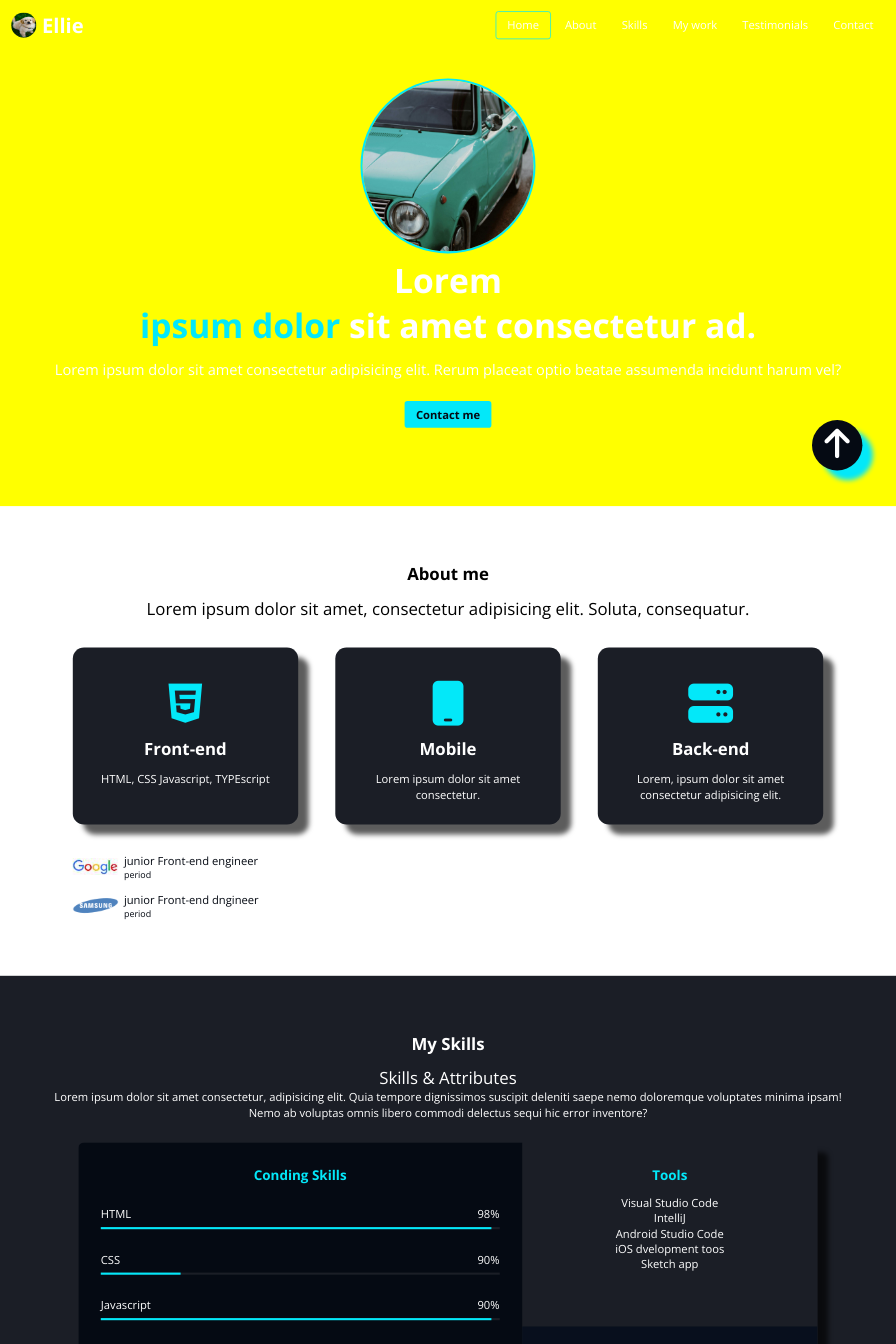
Repository: Arden-Sol/portfolio-website-clone-coding
Page: index.html
The author's editor kept a copy of each file at every save. The page is drawn from the files as they stood at one save, then again after the next save.
The browser window is 1280 px wide. The pictures show the part of the page from y = 0 to 1920 px (the page is 4153 px tall), at 70% of full size.
Some web libraries are served in a nearby version.

Above is the page before, as saved 2024-04-04 23:04:00.

### index.html
<!DOCTYPE html>
<html lang="en">

<head>
  <meta charset="UTF-8">
  <meta name="viewport" content="width=device-width, initial-scale=1.0">
  <!-- SEO -->
  <title>Arden&#39;s portfolio</title>
  <meta name="description" content="포트폴리오 연습장" />
  <meta name="author" content="arden">
  <link rel="shortcut icon" href="image/favicon.jpg" type="image/x-icon">
  <!-- OG (Open Graph Data) -->
  <meta property="og:title" content="포트폴리오">
  <meta property="og:type" content="website">
  <meta property="og:url" content="배포후 생성된 URL">
  <meta property="og:image" content="배포후 생성된 이미지 URL">
  <!-- Goole Font -->
  <link rel="preconnect" href="https://fonts.googleapis.com">
  <link rel="preconnect" href="https://fonts.gstatic.com" crossorigin>
  <link href="https://fonts.googleapis.com/css2?family=Open+Sans:ital,wght@0,300..800;1,300..800&display=swap"
    rel="stylesheet">
  <!-- Font Awesome -->
  <script src="https://kit.fontawesome.com/4dc9c1b526.js" crossorigin="anonymous"></script>
  <!-- CSS -->
  <link rel="stylesheet" href="css/style.css">
  <!-- Javascript -->
  <script src="src/main.js" defer></script>
</head>

<body>
  <!-- Header -->
  <header class="header">
    <div class="header__logo">
      <img class="header__logo__img" src="image/favicon.jpg" alt="">
      <h1 class="header__logo__title"><a href="#">Ellie</a></h1>
    </div>
    <nav class="header__nav">
      <ul class="header__menu">
        <li><a class="header__menu__item active" href="#home">Home</a></li>
        <li><a class="header__menu__item" href="#about">About</a></li>
        <li><a class="header__menu__item" href="#skills">Skills</a></li>
        <li><a class="header__menu__item" href="#work">My work</a></li>
        <li><a class="header__menu__item" href="#testimonial">Testimonials</a></li>
        <li><a class="header__menu__item" href="#contact">Contact</a></li>
      </ul>
    </nav>
  </header>
  <!-- Main -->
  <main>
    <!-- Home -->
    <section id="home" class="section">
      <img class="home__avatar" src="image/picture.jpg" alt="picture">
      <h2 class="home__title">Lorem <br> <strong class="home__title--strong">ipsum dolor</strong> sit amet consectetur
        ad.</h2>
      <p class="home__description">Lorem ipsum dolor sit amet consectetur adipisicing elit. Rerum placeat optio beatae
        assumenda incidunt harum
        vel?</p>
      <a class="home__contact" href="#contact">Contact me</a>
    </section>
    <!-- About -->
    <section id="about" class="section max-container">
      <h2 class="title">About me</h2>
      <p class="description">Lorem ipsum dolor sit amet, consectetur adipisicing elit. Soluta, consequatur.</p>
      <ul class="majors">
        <li class="major">
          <i class="fa-brands fa-html5 major__icon"></i>
          <p class="major__title">Front-end</p>
          <p>HTML, CSS Javascript, TYPEscript</p>
        </li>
        <li class="major">
          <i class="fa-solid fa-mobile major__icon"></i>
          <p class="major__title">Mobile</p>
          <p>Lorem ipsum dolor sit amet consectetur.</p>
        </li>
        <li class="major">
          <i class="fa-solid fa-server major__icon"></i>
          <p class="major__title">Back-end</p>
          <p>Lorem, ipsum dolor sit amet consectetur adipisicing elit.</p>
        </li>
      </ul>
      <ul class="jobs">
        <li class="job"><img src="image/jobs/google.png" alt="google">
          <div>
            <p class="job__name">junior Front-end engineer</p>
            <p class="job__period">period</p>
          </div>
        </li>
        <li class="job"><img src="image/jobs/samsung.png" alt="samsung">
          <div>
            <p class="job__name">
              junior Front-end dngineer
            </p>
            <p class="job__period">period</p>
          </div>
        </li>
      </ul>
    </section>
    <!-- Skills -->
    <section id="skills" class="section">
      <div class="max-container">
        <h2 class="title">My Skills</h2>
        <p class="description">Skills & Attributes</p>
        <p>Lorem ipsum dolor sit amet consectetur, adipisicing elit. Quia tempore dignissimos suscipit deleniti saepe
          nemo
          doloremque voluptates minima ipsam! Nemo ab voluptas omnis libero commodi delectus sequi hic error inventore?
        </p>
        <div class="skills">
          <section class="skills__coding">
            <h3 class="skills__title">Conding Skills</h3>
            <ul>
              <li class="bar">
                <div class="bar__metadata"><span>HTML</span><span>98%</span></div>
                <div class="bar__bg">
                  <div class="bar__value" style="width: 98%"></div>
                </div>
              </li>
              <li class="bar">
                <div class="bar__metadata"><span>CSS</span><span>90%</span></div>
                <div class="bar__bg">
                  <div class="bar__value" style="width: 20%"></div>
                </div>
              </li>
              <li class="bar">
                <div class="bar__metadata"><span>Javascript</span><span>90%</span></div>
                <div class="bar__bg">
                  <div class="bar__value" style="width: 98%"></div>
                </div>
              </li>
              <li class="bar">
                <div class="bar__metadata"><span>TYPEscript</span><span>80%</span></div>
                <div class="bar__bg">
                  <div class="bar__value" style="width: 98%"></div>
                </div>
              </li>
              <li class="bar">
                <div class="bar__metadata"><span>NodeJs</span><span>78%</span></div>
                <div class="bar__bg">
                  <div class="bar__value" style="width: 98%"></div>
                </div>
              </li>
              <li class="bar">
                <div class="bar__metadata"><span>React</span><span>68%</span></div>
                <div class="bar__bg">
                  <div class="bar__value" style="width: 98%"></div>
                </div>
              </li>
            </ul>
          </section>
          <section class="skills__tools">
            <h3 class="skills__title">Tools</h3>
            <ul>
              <li>Visual Studio Code</li>
              <li>IntelliJ</li>
              <li>Android Studio Code</li>
              <li>iOS dvelopment toos</li>
              <li>Sketch app</li>
            </ul>
          </section>
          <section class="skills__etc">
            <h3 class="skills__title">Etc</h3>
            <ul>
              <li>Git</li>
              <li>Scurm Master</li>
              <li>Math</li>
            </ul>
          </section>
        </div>
      </div>
    </section>
    <!-- Work -->
    <section id="work" class="section">
      <div class="max-container">
        <h2 class="title">My work</h2>
        <p class="description">Projects</p>
        <ul class="categories">
          <li><button class="category category--selected">All <span class="category__count">8</span></button></li>
          <li><button class="category">Front-end <span class="category__count">3</span></button></li>
          <li><button class="category">Back-end <span class="category__count">3</span></button></li>
          <li><button class="category">Mobile <span class="category__count">2</span></button></li>
        </ul>
        <ul class="projects">
          <li class="project">
            <a href="#" target="_blank">
              <img src="image/projects/project1.webp" alt="project8" class="project__img">
              <div class="project__metadata">
                <h3 class="project__title">Project #1</h3>
                <p>Clone Coding with HTML, CSS</p>
              </div>
            </a>
          </li>
          <li class="project"><a href="#" target="_blank"><img src="image/projects/project1.webp" alt="project1"
                class="project__img">
              <div class="project__metadata">
                <h3 class="project__title">Project #1</h3>
                <p>Clone Coding with HTML, CSS</p>
              </div>
            </a></li>
          <li class="project"><a href="#" target="_blank"><img src="image/projects/project2.webp" alt="project2"
                class="project__img">
              <div class="project__metadata">
                <h3 class="project__title">Project #2</h3>
                <p>Clone Coding with HTML, CSS</p>
              </div>
            </a></li>
          <li class="project"><a href="#" target="_blank"><img src="image/projects/project3.webp" alt="project3"
                class="project__img">
              <div class="project__metadata">
                <h3 class="project__title">Project #3</h3>
                <p>Clone Coding with HTML, CSS</p>
              </div>
            </a></li>
          <li class="project"><a href="#" target="_blank"><img src="image/projects/project4.webp" alt="project4"
                class="project__img">
              <div class="project__metadata">
                <h3 class="project__title">Project #4</h3>
                <p>Clone Coding with HTML, CSS</p>
              </div>
            </a></li>
          <li class="project"><a href="#" target="_blank"><img src="image/projects/project5.webp" alt="project5"
                class="project__img">
              <div class="project__metadata">
                <h3 class="project__title">Project #5</h3>
                <p>Clone Coding with HTML, CSS</p>
              </div>
            </a></li>
          <li class="project"><a href="#" target="_blank"><img src="image/projects/project6.webp" alt="project6"
                class="project__img">
              <div class="project__metadata">
                <h3 class="project__title">Project #6</h3>
                <p>Clone Coding with HTML, CSS</p>
              </div>
            </a></li>
          <li class="project"><a href="#" target="_blank"><img src="image/projects/project7.webp" alt="project7"
                class="project__img">
              <div class="project__metadata">
                <h3 class="project__title">Project #7</h3>
                <p>Clone Coding with HTML, CSS</p>
              </div>
            </a></li>
        </ul>
      </div>
    </section>
    <!-- Testimonials -->
    <section id="testimonial" class="section max-container">
      <h2 class="title">Testimonial</h2>
      <p class="description">See what they say about me</p>
      <ul class="testimonials">
        <li class="testimonial"><img class="testimonial__img" src="image/testimonials/people1.webp" alt="people1">
          <div class="testimonial__bubble">
            <p>Lorem ipsum dolor sit amet consectetur adipisicing elit. Veniam ab quasi totam excepturi iure enim iusto
              facilis ut odio facere quaerat, sapiente nesciunt eveniet magnam porro, officiis molestiae, et nobis!</p>
            <p><a class="testimonial__bubble__name" href="#">James Kim</a> /Google</p>
          </div>
        </li>
        <li class="testimonial"><img class="testimonial__img" src="image/testimonials/people2.webp" alt="people2">
          <div class="testimonial__bubble">
            <p>Lorem ipsum dolor sit amet consectetur, adipisicing elit. Deleniti est neque ipsum distinctio accusamus
              expedita molestiae mollitia animi odio quam minus a atque exercitationem quidem nisi, dolores vel quisquam
              ipsa.</p>
            <p><a class="testimonial__bubble__name" href="#">Anna Jin </a>/Samsung</p>
          </div>
        </li>
        <li class="testimonial">
          <img class="testimonial__img" src="image/testimonials/people3.webp" alt="people3">
          <div class="testimonial__bubble">
            <p>Lorem ipsum dolor sit amet consectetur adipisicing elit. Aut rerum quam quae impedit esse atque laborum
              accusantium maxime repudiandae assumenda, perferendis beatae repellat at? Nam, soluta assumenda. Veniam,
              odit possimus?</p>
            <p><a class="testimonial__bubble__name" href="#">Anna Jin </a>/Samsung</p>
          </div>
        </li>
      </ul>
    </section>
    <!-- Arrow up -->
    <aside>
      <a class="arrow-up" href="#home" title="back to top">
        <i class="fa-solid fa-arrow-up"></i></a>
    </aside>
  </main>
  <!-- Footer -->
  <footer id="contact" class="section">
    <div class="max-container">
      <h2 class="title">Let&#39;s talk</h2>
      <p class="description">highhigh222@naver.com</p>
      <ul class="contact__links">
        <li>
          <a class="contact__link" href="#" title="arden github link" target="_blank">
            <i class="fa-brands fa-github"></i>
          </a>
        </li>
        <li>
          <a class="contact__link" href="#" title="arden linkedin link" target="_blank">
            <i class="fa-brands fa-linkedin"></i>
          </a>
        </li>
      </ul>
      <p>Dream Coding ellie - All right reserved</p>
    </div>
  </footer>


</body>

</html>

### css/style.css
/* Global */
:root {
/* App Colors */
--color-primary: var(--color-black);
--color-primary-variant: var(--color-gray);
--color-accent: var(--color-blue);
--color-accent-variant: var(--color-orange);
--color-text: var(--color-white);

  /* Colors */
--color-white: #ffffff;
--color-black: #050a13;
--color-blue: #03e8f9;
--color-orange: #fd6413;
--color-gray: #1b1e26;

/* Size */
--size-max-width: 1200px;
}

*{
  box-sizing: border-box;
}

body {
  margin : 0;
  font-family: 'Open Sans', sans-serif;
}

h1, h2, h3,p,ul {
  margin : 0;

}

ul{
  list-style: none;
  padding: 0;
}
a {
  text-decoration: none;
  color : var(--color-text);
}

button {
  background-color: transparent;
  outline: 0;
  border : 0;
}

button:hover {
  outline: 1px solid var(--color-accent);
}

/* Common */
.section {
  padding: 4rem;
  text-align: center;
}
.title {
  font-size: 2.5;
  margin: 1rem 0;
}
.description {
  font-size: 1.5rem;
}
.max-container {
  max-width: var(--size-max-width);
  margin: auto;
}

/* Header */
.header{
  position:fixed;
  top:0;
  width: 100%;
  display: flex;
  justify-content: space-between;
  align-items: center;
  padding: 1rem;
  background-color: transparent;
  transition: all 300ms ease;
  z-index: 1;
  /* 새롭게 배운 것 */
}
.header--dark{
  background-color: var(--color-primary);
  box-shadow: 15px 14px 8px 0px rgba(0,0,0,0.64);
}
.header__logo {
  display: flex;
  align-items: center;
  gap:8px;
}
.header__logo__img {
  width: 36px;
  height: 36px;
  border-radius: 100%;
}
.header__logo__title {
  font-size: 1.8rem;
}
.header__menu {
  display: flex;
  gap:4px
}
.header__menu__item {
  padding: 8px 16px;
}
.header__menu__item:hover {
  border-bottom:1px solid var(--color-accent)
}
.header__menu__item.active {
  border:1px solid var(--color-accent);
  border-radius: 4px;
}
/* Home */
#home{
  background-color: var(--color-primary);
  color: var(--color-text);
  padding : 5rem 1rem;
  padding-top: 7rem;
  text-align: center;
}
.home__avatar{
  width: 250px;
  height: 250px;
  object-fit:cover;
  border-radius: 100%;
  border:3px solid var(--color-accent);
}
.home__title {
  font-size: 3rem;
  margin-bottom: 1rem;
}
.home__title--strong{
  color: var(--color-accent);
}
.home__description {
  font-size: 1.3rem;
}
.home__contact{
  display: inline-block;
  background-color: var(--color-accent);
  color:var(--color-black);
  padding : 0.5rem 1rem;
  margin: 2rem;
  font-weight: bold;
  border-radius: 4px;
}
.home__contact:hover{
  background-color: transparent;
  color: var(--color-text);
  outline: 2px solid var(--color-accent);
}
/* About me */
.majors{
  display: flex;
  justify-content: space-between;
  gap:1rem;
  margin: 2.5rem 0;
}
.major {
  background-color: var(--color-primary-variant);
  padding: 2rem 1rem;
  width: 30%;
  color: var(--color-text);
  border-radius: 1rem;
  cursor: default;
  box-shadow: 15px 14px 8px 0px rgba(0,0,0,0.64);
}
.major__icon{
  font-size: 4rem;
  margin: 1rem 0;
  color: var(--color-accent);
  transition: all 300ms ease;
}
.major__title{
  font-size: 1.5rem;
  font-weight: bold;
  margin-bottom:1rem;
}
.major:hover .major__icon{
  transform: rotate(-15deg) scale(1.2);
}
.jobs{
  text-align: start;
}
.job {
  display: flex;
  align-items: center;
  gap:8px;
  margin-bottom: 1rem;
}
.job__name {
  color: var(--color-primary);
}
.job__period  {
  color: var(--color-primary);
  font-size: 0.8rem;
}

/* Skills */
#skills {
  background-color: var(--color-primary-variant);
  color: var(--color-text);
}
.skills{
  display: grid;
  grid-template-columns: 6fr 4fr;
  margin: 2rem 3rem;
  border-radius: 8px;
  overflow: hidden;
  box-shadow: 15px 14px 8px 0px rgba(0,0,0,0.64);
}
.skills__title {
  color: var(--color-accent);
  margin: 1rem 0;
  font-size: 1.2rem;
}

.skills__coding{
  background-color: var(--color-primary);
  grid-row: span 2;
  padding: 1rem;
}
.skills__tools{
padding: 1rem;
}
.skills__etc{
  background-color: var(--color-primary);
  padding: 1rem;
  filter: brightness(150%);
}
.bar {
  display: flex;
  flex-direction: column;
  padding: 1rem;
  gap: 0.5rem;
}
.bar__metadata{
  display: flex;
  justify-content: space-between;
}
.bar__bg{
  width: 100%;
  height: 3px;
  background-color: var(--color-primary-variant);
}
.bar__value{
  height: 3px;
  background-color: var(--color-accent);
}

/* Word */
#work{
  background-color: var(--color-primary);
  color: var(--color-text);
}
.categories{
  display: flex;
  justify-content: center;
  margin: 2.5rem;
  gap: 1rem;
}
.category{
  position: relative;
  color: var(--color-text);
  font-size: 1.1rem;
  padding: 0.5rem 3rem;
  border-radius: 4px;
  border: 1px solid var(--color-accent);
  cursor: pointer;
  white-space: nowrap;
  /* 새롭게 배운 것 */
}
.category--selected {
  background-color: var(--color-accent);
  color: var(--color-primary);
}
.category__count{
  opacity: 0;
  position: absolute;
  top: -20px;
  right: 16px;
  width: 28px;
  height: 28px;
  line-height: 28px;
  border-radius: 100%;
  background-color: var(--color-accent-variant);
  color: var(--color-text);
  transition: all 250ms ease-in;
}
.category--selected .category__count,
.category:hover .category__count{
  opacity: 1;
  top: 0;
}

.projects {
  display: grid;
  grid-template-columns: repeat(4, 1fr);
  grid-template-rows: repeat(2, 1fr);
  gap: 1rem;
}
.project{
  position: relative;
  border-radius: 8px;
  overflow: hidden;
}
.project__img{
  width: 100%;
}
.project__metadata{
  position: absolute;
  top: 0;
  right: 0;
  width: 100%;
  height: 100%;
  background-color: var(--color-black);
  opacity: 0;
  display: flex;
  flex-direction: column;
  justify-content: center;
  align-items: center;
  transition: all 250ms ease-in;
  transform: translateY(-10px);
}
.project__metadata:hover {
  opacity: 0.8;
  transform: translateY(0px);
}
.project__title:after {
  content:'';
  display: block;
  position: relative;
  left: 50%;
  width: 50px;
  height: 2px;
  background-color: var(--color-accent);
  transform: translateX(-50%);
  margin: 0.5rem 0;
  /* 꾸미기용 가상요소 */
}

/* Testimonial */
.testimonials {
  margin: 3rem;

}
.testimonial{
  display: flex;
  gap:2rem;
  margin-bottom: 2rem;
  align-items: center;
}
.testimonial:nth-child(even) .testimonial__img{
  order:1;
}
.testimonial__img{
  width: 150px;
  height: 150px;
  border-radius: 100%;
  box-shadow: 15px 14px 8px 0px rgba(0,0,0,0.64);
}
.testimonial__bubble{
  box-shadow: 15px 14px 8px 0px rgba(0,0,0,0.64);
  padding: 1rem;
  border-radius: 8px;
}
.testimonial__bubble__name{
  color: var(--color-accent);
  font-weight: bold;
  filter: brightness(70%);
}

/* Arrow up */
.arrow-up{
  background-color: var(--color-primary);
  position: fixed;
  bottom: 3rem;
  right: 3rem;
  font-size: 3rem;
  width: 4.5rem;
  height: 4.5rem;
  border-radius: 100%;
  text-align: center;
  box-shadow: 15px 14px 8px 0px var(--color-accent);
}

/* Footer */
#contact{
  background-color: var(--color-primary);
  color: var(--color-text);
}
.contact__links {
  display: flex;
  justify-content: center;
  gap: 1rem;
  padding: 1rem;
  font-size: 2rem;
}
.contact__link {
  transition: color 250ms ease-in;

}
.contact__link:hover{
  color: var(--color-accent);
}

@media screen and (max-width: 768px){
  .section {
    padding: 3rem 2rem;
  }
  .title {
    font-size: 2rem;
  }
.description {
  font-size: 1rem;
}
.header{
  flex-direction: column;
  align-items: start;
}
.header__menu{
  flex-direction: column;
  text-align: center;
  padding: 1rem 4rem;
  gap: 1rem;
}
.header__nav{
  width: 100%;
}
#home{
  padding-bottom: 3rem;
}
.home__title {
font-size: 2.5rem;
margin-bottom: 0.5rem;
}
.majors{
  flex-direction: column;
  align-items: center;
}
.major{
  max-width:25rem;
  width: 100%;
}
.job{
  justify-content: center;
}
.skills{
  grid-template-columns: 1fr;
}
.categories{
  flex-direction: column;
}
.category{
  width: 100%;
}
.projects{
  grid-template-columns: repeat(2, 1fr);
}
.testimonial{
  flex-direction: column;
}
.testimonial:nth-child(even) .testimonial__img{
  order:0;
}
.arrow-up{
  font-size: 2rem;
  width: 3rem;
  height: 3rem;
  bottom: 1.5rem;
  right: 1.5rem;
}
}

### src/main.js
'use strict';
// Header에 페이지 아래로 스크롤시 다크 스타일링 적용
const header = document.querySelector('.header');
const headerHeight = header.getBoundingClientRect().height;
document.addEventListener('scroll', () => {
  if (window.scrollY > headerHeight) {
    header.classList.add('header--dark')
  } else {
    header.classList.remove('header--dark')
  }
});

//홈화면을 점점 불투명하게만들기
const home = document.querySelector('#home');
const homeHeight = home.getBoundingClientRect().height;
// 1 - (pageY / homeHeight)

document.addEventListener('scroll', event => {

  // home.style.opacity = 1 - (event.scrollY / homeHeight);
  // console.log(window.scrollY / homeHeight);
  home.style.background = 'yellow';
});

After the next save:
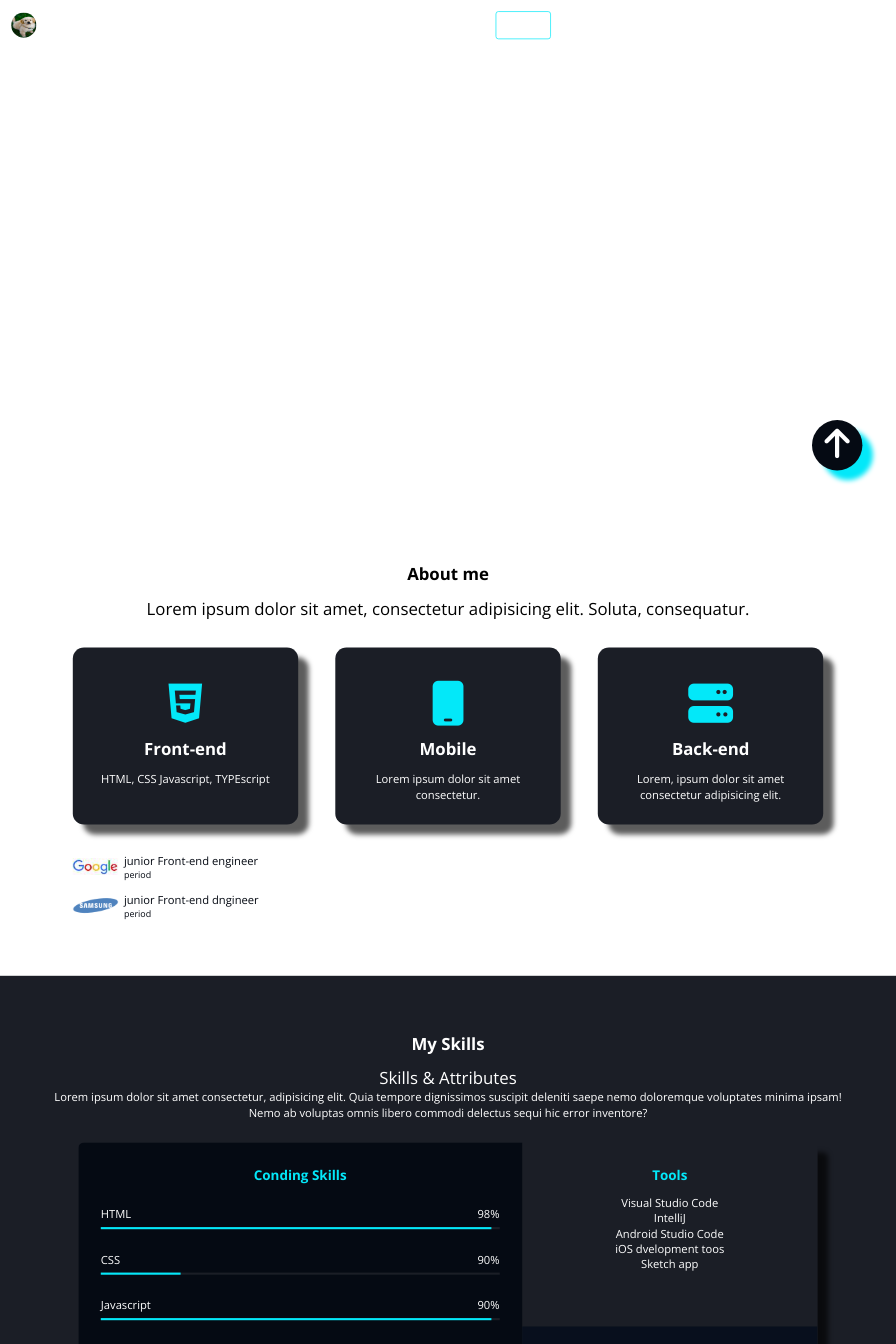
Saved 19 s later.
--- a/src/main.js
+++ b/src/main.js
@@ -19,5 +19,5 @@
 
   // home.style.opacity = 1 - (event.scrollY / homeHeight);
   // console.log(window.scrollY / homeHeight);
-  home.style.background = 'yellow';
+  home.style.opacity = 0;
 });
